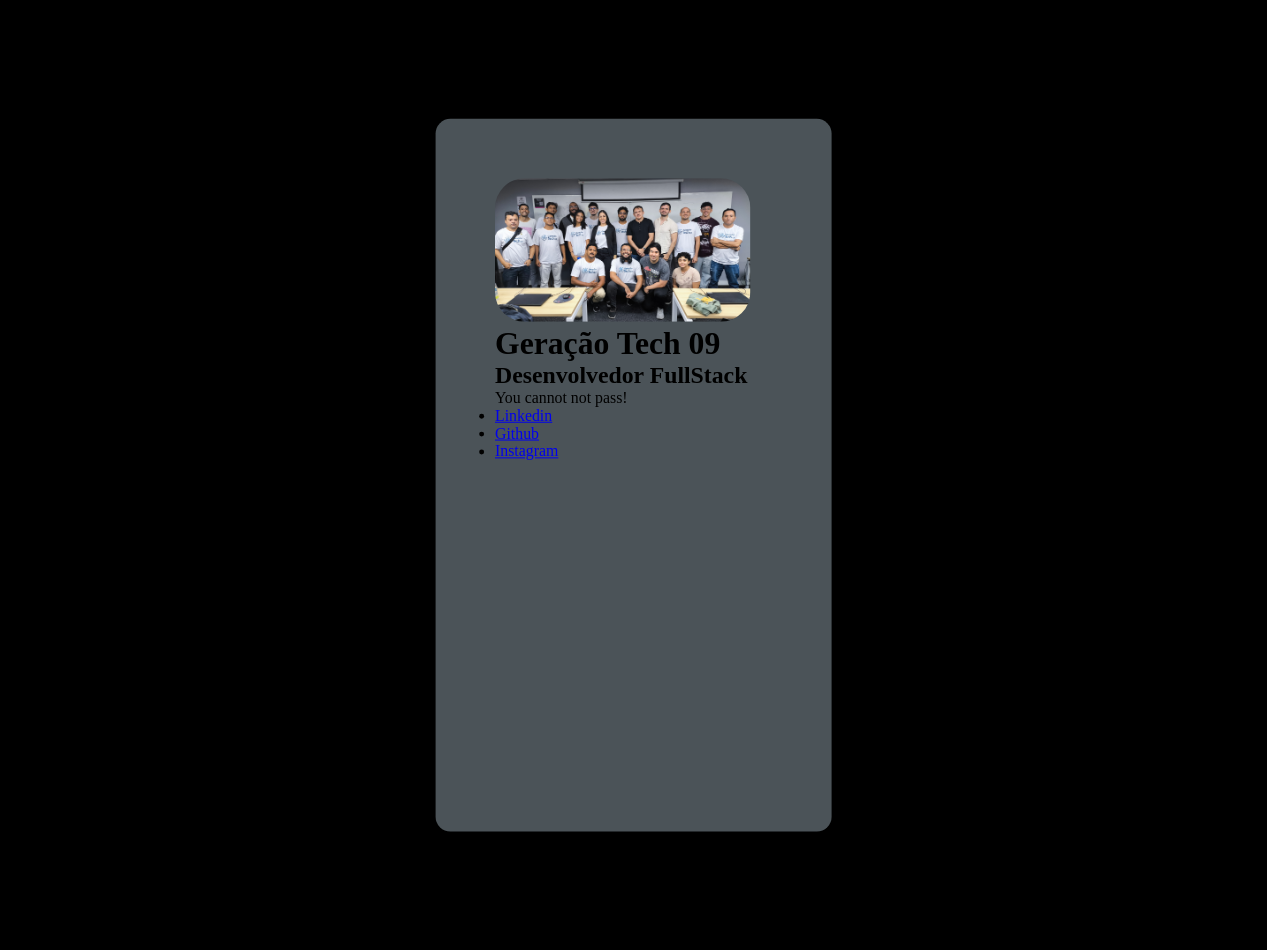
Repository: geracao-09/linktree-gt9
Page: index.html
An editor plug-in stored every save of this project. The page is shown before and after the next save, followed by the edit.
The browser window is 1280 px wide. The pictures show the whole page, at 99% of full size.

Above is the page before, as saved 2025-04-10 11:04:24.

After the next save:
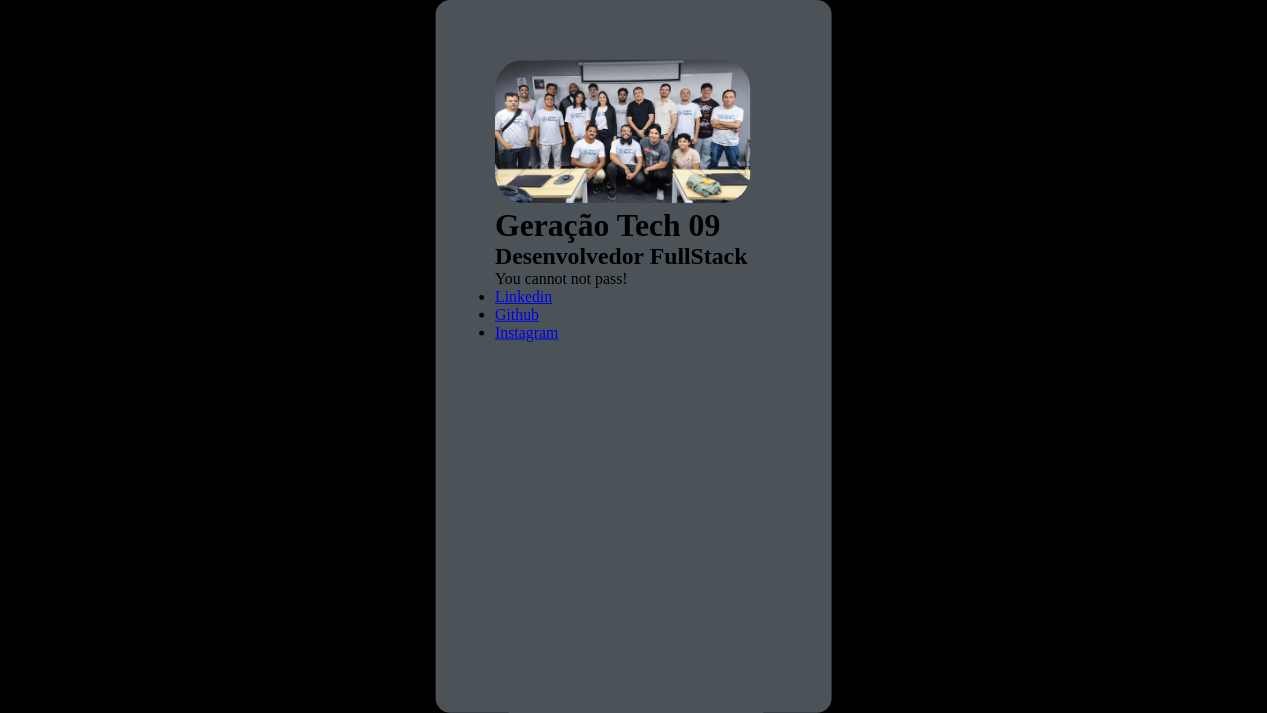
Saved 5 min 40 s later.
--- a/style.css
+++ b/style.css
@@ -13,7 +13,7 @@
     width: 400px;
     height: 720px;
     box-sizing: border-box;
-    margin: 120px auto;
+    margin: auto;
     padding: 60px;
     border-radius: 15px;
 }

After the save that followed:
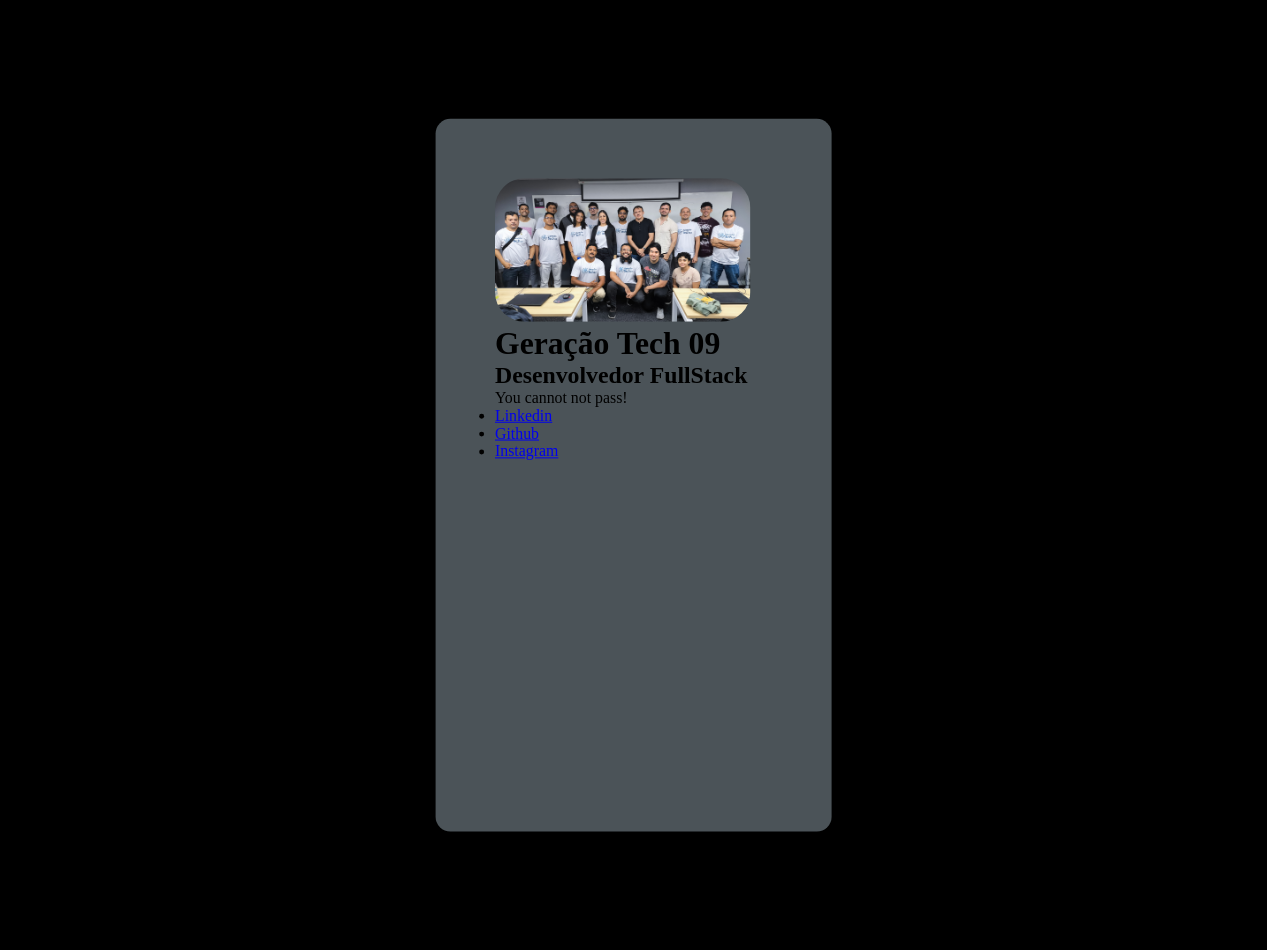
Saved 24 s later.
--- a/style.css
+++ b/style.css
@@ -13,7 +13,7 @@
     width: 400px;
     height: 720px;
     box-sizing: border-box;
-    margin: auto;
+    margin: 120px auto;
     padding: 60px;
     border-radius: 15px;
 }
